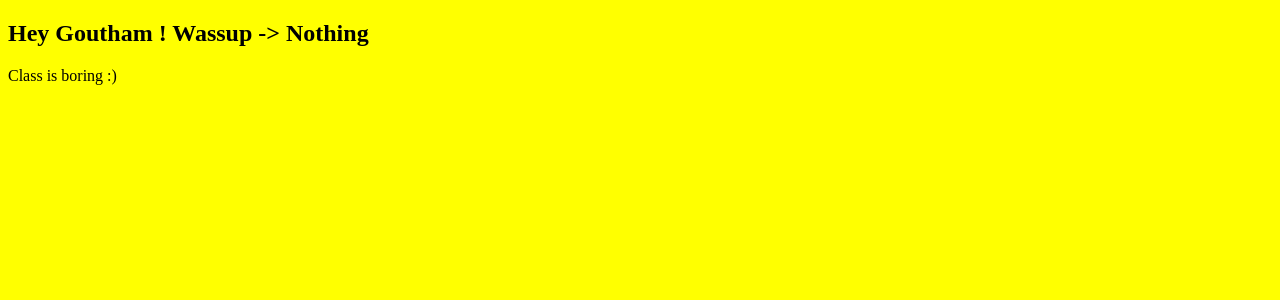
Repository: SaiGouthamVaddi/Visa-Training
Page: mywebapp/src/main/webapp/index.html
An editor plug-in stored every save of this project. The page is shown before and after the next save, followed by the edit.
The browser window is 1280 px wide. The pictures show the whole page.

Above is the page before, as saved 2019-07-16 05:13:57.

### mywebapp/src/main/webapp/index.html
<!DOCTYPE html>
<html>
<head>
<meta charset="UTF-8">
<title>V-I-S-A</title>
</head>
<body bgcolor = "yellow">

<h2>Hey Goutham ! Wassup -> Nothing</h2>
<p>Class is boring :)</p>

</body>
</html>

After the next save:
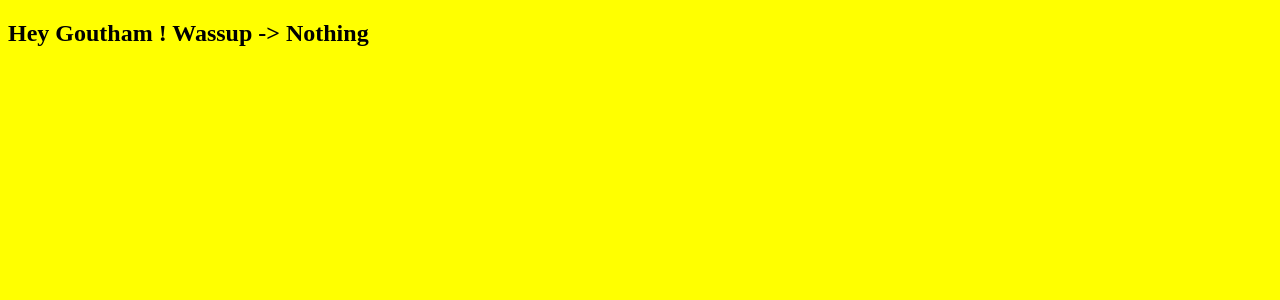
Saved 76 s later.
--- a/mywebapp/src/main/webapp/index.html
+++ b/mywebapp/src/main/webapp/index.html
@@ -7,7 +7,7 @@
 <body bgcolor = "yellow">
 
 <h2>Hey Goutham ! Wassup -> Nothing</h2>
-<p>Class is boring :)</p>
+<a href="/hello"/>
 
 </body>
 </html>
